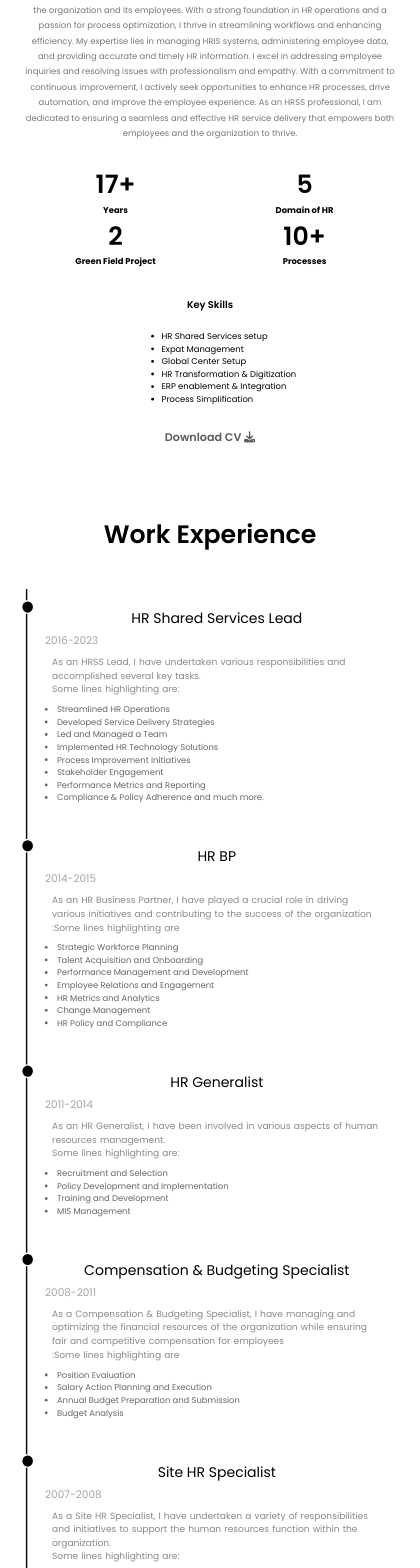
Repository: xoshiraghavx/Niharika-portfolio
Page: index.html
The author's editor kept a copy of each file at every save. The page is drawn from the files as they stood at one save, then again after a run of saves.
The browser window is 600 px wide. The pictures show the part of the page from y = 975 to 3215 px (the page is 4652 px tall before and 4703 px after), at 70% of full size.
Some web libraries are served in a nearby version.

Above is the page before, as saved 2023-06-16 12:56:58.

### index.html
<!DOCTYPE html>
<html lang="en">
<head>
    <meta charset="UTF-8">
    <meta http-equiv="X-UA-Compatible" content="IE=edge">
    <meta name="viewport" content="width=device-width, initial-scale=1.0">
    <title>Niharika Singh | Portfolio</title>
    <link rel="stylesheet" href="../css/index.css">
    <link rel="preconnect" href="https://fonts.googleapis.com">
<link rel="preconnect" href="https://fonts.gstatic.com" crossorigin>
<link href="https://fonts.googleapis.com/css2?family=Poppins:wght@100;200;300;400;600;700&family=Righteous&display=swap" rel="stylesheet">
<link rel="stylesheet" href="https://stackpath.bootstrapcdn.com/font-awesome/4.7.0/css/font-awesome.min.css">
<link rel="stylesheet" href="./css/particle.css">
<link href="https://unpkg.com/aos@2.3.1/dist/aos.css" rel="stylesheet">
<link rel="icon" href="./img/image.jpg">

</head>
<body>
    <section class="header" id="head">
        <div id="particles-js">
        <nav>
            <div class="logo">
                <h2>NS</h2>
            </div>
            <div class="nav-links" id="navLinks">
                <i class="fa fa-times" onclick="hideMenu()"></i>
                <ul>
                    <li><a href="#head">HOME</a></li>
                    <li><a href="#about">ABOUT</a></li>
                    <li><a href="#work">WORK</a></li>
                    <li><a href="#contact">CONTACT</a></li>
                </ul>
            </div>
            <div class="social">
                    <div><a href="https://www.linkedin.com/in/niharika-singh-54130b13/" target="_blank"><i class="fa-brands fa-linkedin"></i></a></div>
                    <div><a href="https://www.facebook.com/people/Niharika-Singh/pfbid0zDJLjq1fehJWAvFLc7zkpJ6FsEs1uDxExLjwh94ZH389RFf4Q5YAZHgxJCLQanLsl/" target="_blank"><i class="fa-brands fa-facebook"></i></a></div>
                    <div><a href="https://www.instagram.com/niharika14042012/" target="_blank"><i class="fa-brands fa-instagram"></i></a></div>
            </div>
        </nav>

        <div id="home"data-aos="zoom-in" data-aos-duration="1000">
            <div class="img">
                <p style="color: #c5c1c1; font-weight: 600;">Hello, I'm</p>
            </div>
            <h1 class="hh1">NIHARIKA SINGH</h1>
            <div class="p1"data-aos="fade-in" data-aos-delay="1300"data-aos-duration="1000">
                <p>As an HR professional, I nurture a harmonious and productive workforce.</p>
            </div>
            <div class="container">
                <a href="#about">
                <div class="field" >
                    <div class="mouse"></div>
                </div>
            </a>
            </div>
    </div>
    </section>

<!-- ---------About----------------- -->
<section class="about-us" id="about">
    <div class="row1">
        <div class="about-col">
            <h1>About me</h1>
            <p>
                As an HRSS professional, I am dedicated to delivering high-quality HR services to support the organization and its employees. With a strong foundation in HR operations and a passion for process optimization, I thrive in streamlining workflows and enhancing efficiency. My expertise lies in managing HRIS systems, administering employee data, and providing accurate and timely HR information. I excel in addressing employee inquiries and resolving issues with professionalism and empathy. With a commitment to continuous improvement, I actively seek opportunities to enhance HR processes, drive automation, and improve the employee experience. As an HRSS professional, I am dedicated to ensuring a seamless and effective HR service delivery that empowers both employees and the organization to thrive.</p>
        </div>
    </div>
    <div class="bar">
        <div class="count">
            <div class="exp">
                <h1>17+</h1>
            </div>
            <div class="exp_name">
                <h4>Years</h4>
            </div>
        </div>
        <div class="count">
            <div class="exp">
                <h1>5</h1>
            </div>
            <div class="exp_name">
                <h4>Domain of HR</h4>
            </div>
        </div>
        <div class="count">
            <div class="exp">
                <h1>2</h1>
            </div>
            <div class="exp_name">
                <h4>Green Field Project </h4>
            </div>
        </div>
        <div class="count">
            <div class="exp">
                <h1>10+</h1>
            </div>
            <div class="exp_name">
                <h4>Processes </h4>
            </div>
        </div>
    </div>
    <h3 style="padding: 2rem 0 1rem 0;">Key Skills</h3>
    <div class="skills">
        <ul>
            <li>HR Shared Services setup</li>
            <li>Expat Management</li>
            <li>Global Center Setup</li>
        </ul>
        <ul>
            <li>HR Transformation & Digitization</li>
            <li>ERP enablement & Integration</li>
            <li>Process Simplification</li>
        </ul>
    </div>
    <div class="cv">
        <button><a href="./img/CV-Niharika Singh.pdf">Download CV </a><i class="fa fa-download"></i></button>
    </div>
</section>
<!-- ------------Timeline------------- -->
<section id="work">
    <h1>Work Experience</h1>
    <div class="timeline">
            <div class="timeline-block timeline-block-right">
               <div class="marker"></div>
               <div class="timeline-content">
                  <h3>HR Shared Services Lead </h3>
                  <span>2016-2023</span>
                  <p>As an HRSS Lead, I have undertaken various responsibilities and accomplished several key tasks.
                    <br>Some lines highlighting are:
                    <li>Streamlined HR Operations</li>
                    <li>Developed Service Delivery Strategies</li>
                    <li>Led and Managed a Team</li>
                    <li>Implemented HR Technology Solutions</li>
                    <li>Process Improvement Initiatives</li>
                    <li>Stakeholder Engagement</li>
                    <li>Performance Metrics and Reporting</li>
                    <li>Compliance & Policy Adherence and much more.</li>  </p>
               </div>
            </div>
            <div class="timeline-block timeline-block-left">
               <div class="marker"></div>
               <div class="timeline-content">
                  <h3>HR BP</h3>
                  <span>2014-2015</span>
                  <p>As an HR Business Partner, I have played a crucial role in driving various initiatives and contributing to the success of the organization
                    <br>:Some lines highlighting are
                    <li>Strategic Workforce Planning</li>
                    <li>Talent Acquisition and Onboarding</li>
                    <li>Performance Management and Development</li>
                    <li>Employee Relations and Engagement</li>
                    <li>HR Metrics and Analytics</li>
                    <li>Change Management</li>
                    <li>HR Policy and Compliance</li></p>
               </div>
            </div>
            <div class="timeline-block timeline-block-right">
                <div class="marker"></div>
                <div class="timeline-content">
                   <h3>HR Generalist</h3>
                   <span>2011-2014</span>
                   <p>As an HR Generalist, I have been involved in various aspects of human resources management.
                    <br>Some lines highlighting are:
                    <li>Recruitment and Selection</li>
                    <li>Policy Development and Implementation</li>
                    <li>Training and Development</li>
                    <li>MIS Management</li> </p>
                </div>
             </div>
            <div class="timeline-block timeline-block-left">
               <div class="marker"></div>
               <div class="timeline-content">
                  <h3>Compensation & Budgeting Specialist </h3>
                  <span>2008-2011</span>
                  <p>As a Compensation & Budgeting Specialist, I have managing and optimizing the financial resources of the organization while ensuring fair and competitive compensation for employees
                    <br>:Some lines highlighting are
                    <li>Position Evaluation</li>
                    <li>Salary Action Planning and Execution</li>
                    <li>Annual Budget Preparation and Submission</li>
                    <li>Budget Analysis</li> </p>
               </div>
            </div>

            <div class="timeline-block timeline-block-right">
               <div class="marker"></div>
               <div class="timeline-content">
                  <h3>Site HR Specialist </h3>
                  <span>2007-2008</span>
                  <p>As a Site HR Specialist, I have undertaken a variety of responsibilities and initiatives to support the human resources function within the organization.
                    <br>Some lines highlighting are:
                    <li>Apprentice Management</li>
                    <li>Blue-Collar Performance Management Systems</li>
                    <li>Support for Blue-Collar Salary Actions</li>
                    <li>Grievance Handling</li> </p>
               </div>
            </div>

            <div class="timeline-block timeline-block-left">
               <div class="marker"></div>
               <div class="timeline-content">
                  <h3>Recruitment Executive </h3>
                  <span>2006-2007</span>
                  <p>As a Recruitment Executive, I have successfully contributed to the growth and success of the company by implementing effective recruitment strategies and processes
                    <br>:Some lines highlighting are
                    <li>Training and Development</li>
                    <li>Recruitment and Selection</li>
                    <li>Support to R&R </li>
                    <li>Part of the Event Management Team</li> </p>
               </div>
            </div>
    </div>
</section>
<section>
    <h2>Companies Worked with</h2>
<div class="company">
    <div>
        <div class="img">
            <img src="./img/cnhi_logo.png" alt="">
        </div>
    </div>
    <div>
        <div class="img">
            <img src="./img/jcb_logo.jpg" alt="">
        </div>
    </div>
    <div>
        <div class="img">
            <img src="./img/kelly_logo.png" alt="">
        </div>
    </div>
</div>
</section>
<section class="contact-us" id="contact">
    <h1>Get in Touch
    </h1>
    <div class="row">
        <div class="contact-col">
            <div>
                 <i class="fa fa-phone"></i>
                 <span>
                     <h5><a href="tel: +918178788527">+91 8826795109</a></h5>
                     <p>Monday to Friday, 10AM to 6PM</p>
                 </span>
            </div>
            <div>
                 <i class="fa fa-envelope-o"></i>
                 <span>
                     <h5><a href="mailto: niharika14042012@gmail.com ">niharika14042012@gmail.com</a></h5>
                     <p>Email your query</p>
                 </span>
            </div>
            <div>
                <i class="fa fa-home"></i>
                <span>
                    <h5><a href="https://www.google.com/maps/place/Greater+Noida,+Uttar+Pradesh/@28.4985622,77.3511809,11z/data=!3m1!4b1!4m6!3m5!1s0x390cea64b8f89aef:0xec0ccabb5317962e!8m2!3d28.4743879!4d77.5039904!16zL20vMGN3OXEy?entry=ttu" target="_blank">Greater Noida</a></h5>
                    <p>UP, India</p>
                </span>
           </div>
        </div>
        <div class="contact-col">
            <form action="https://formcarry.com/s/7S9LsDGfOw" method="POST" accept-charset="UTF-8">
                <input type="text" name="name" placeholder="Enter your name" required>
                <input type="email" name="email" placeholder="Enter your email address" required>
                <input type="text" name="subject" placeholder="Enter your subject" required>
                <textarea rows="8" name="message" placeholder="Message" required></textarea>
                <button type="submit" class="hero-btn">Send Message</button>
            </form>
        </div>
    </div>
</section>
<!-- --------footer--------- -->
<section class="footer">
    <p style="text-align: center;">Developed with by <a href="https://www.linkedin.com/in/oshiraghav/" target="_blank">Oshi Raghav</a></p>
</section>

<!-- ---------------javascript----------------->
    	<script src=
		"particles.js-master/particles.js">
	</script>
	<script src=
		"/particles.js-master/demo/js/app.js">
	</script>
     <script src="https://unpkg.com/aos@2.3.1/dist/aos.js"></script>
    <script>
     AOS.init();
    </script>
    <script src="https://kit.fontawesome.com/b6191824ce.js" crossorigin="anonymous"></script>
</body>
</html>

### css/index.css
*{
    margin: 0;
    padding: 0;
    font-family: 'poppins', sans-serif;
    scroll-behavior: smooth;
}
.header{
    min-height: 100vh;
    width: 100%;
}
h3{
    color: #000;
}
h2{
    text-align: center;
}
nav{
    display: flex;
    padding: 1rem 0rem;
    background: #ffffff;
    justify-content: space-around;
    align-items: center;
    position: fixed;
    width: 100%;
    backdrop-filter: blur(3px);
    z-index: 2;
}
.logo{
    background: #000;
    color: #ffffff;
    border-radius: 100%;
    padding: 5pt 6pt;
}
.nav-links ul li{
    list-style: none;
    display: inline-block;
    padding: 8px 12px;
    position: relative;
}
.nav-links ul li a{
    color: #000000;
    text-decoration: none;
    font-size: 13px;
}
.nav-links ul li::after{
    content: '';
    width: 0%;
    height: 2px;
    background: #000000;
    display: block;
    margin: auto;
    transition: 0.5s;
}
.nav-links ul li:hover::after{
    width: 100%;
}
.social{
    display: grid;
    grid-template-columns: auto auto auto auto;
    column-gap: 15px;
    font-size: 1.2rem;
    color: #000000;
}
.social a{
    color: #000;
}
.social:hover{
    cursor: pointer;
}
#home{
    position: absolute;
    text-align: center;
    width: 100%;
    margin-top: 250px;
    color: #ffffff;
}
.hh1{
    font-size: 4em;
}
#home p{
    padding-top: .5rem;
    font-size: 1rem;
    color: #c5c1c1;
}
.container {
	width: 100%;
	height: 100%;
	display: flex;
	align-items: center;
	justify-content: center;
    padding-top: 10rem;
}
.field:hover{
    cursor: pointer;
}

.field {
	display: flex;
	align-items: center;
	justify-content: space-around;
}

.mouse {
	width: 30px;
	height: 50px;
	border: 3px solid #ffffff;
	border-radius: 60px;
	position: relative;
	&::before {
		content: '';
		width: 8px;
		height: 8px;
		position: absolute;
		top: 10px;
		left: 50%;
		transform: translateX(-50%);
		background-color: #ffffff;
		border-radius: 50%;
		opacity: 1;
		animation: wheel 2s infinite;
		-webkit-animation: wheel 2s infinite;
	}
}
@keyframes wheel {
	to {
		opacity: 0;
		top: 30px;
	}
}

@-webkit-keyframes wheel {
	to {
		opacity: 0;
		top: 60px;
	}
}
nav .fa{
    display: none;
}
.hero-btn{
    display: inline-block;
    text-decoration: none;
    color: #fff;
    border: 1px solid #000000;
    padding: 12px 34px;
    font-size: 13px;
    background-color: #000;
    position: relative;
    cursor: pointer;
}
.hero-btn:hover{
    border: 1px solid #000000;
    background: #fff;
    color: #000;
    transition: 1s;
}
@media(max-width: 700px){
    .nav-links{
        display: none;
    }
}
.course{
    width: 80%;
    margin: auto;
    text-align: center;
    padding-top: 80px;
}
h1{
    font-size: 36px;
    font-weight: 600;
    text-align: center;
}
p{
    color: #777;
    font-size: 300;
    line-height: 22px;
    padding: 10px;
}
.row{
    margin-top: 5%;
    display: flex;
    justify-content: space-between;
}
.course-col{
    flex-basis: 31%;
    background: #fff3f3;
    border-radius: 10px;
    margin-bottom: 5%;
    padding: 20px 12px;
    box-sizing: border-box;
    transition: 0.5s;
}
h3{
    text-align: center;
    font-weight: 600;
    margin: 10px 0px;
}
.course-col:hover{
    box-shadow: rgba(241, 128, 128, 0.25) 0px 54px 55px, rgba(233, 177, 177, 0.12) 0px -12px 30px, rgba(238, 209, 209, 0.12) 0px 4px 6px, rgba(230, 100, 100, 0.17) 0px 12px 13px, rgba(250, 27, 27, 0.09) 0px -3px 5px;
}
@media(max-width: 700px){
    .row{
        flex-direction: column;
    }
}
/*  --------facilities--------*/
 .timeline {
    width: 80%;
    padding: 1rem 0;
    margin: 50px auto;
    position: relative;
    overflow: hidden;
 }
 .timeline:before {
    content: '';
    position: absolute;
    top: 0;
    left: 50%;
    margin-left: -1px;
    width: 2px;
    height: 100%;
    background: #000000;
    z-index: 1
 }
 .timeline-block {
    width: -webkit-calc(50% + 8px);
    width: -moz-calc(50% + 8px);
    width: calc(50% + 8px);
    display: -webkit-box;
    display: -webkit-flex;
    display: -moz-box;
    display: flex;
    -webkit-box-pack: justify;
    -webkit-justify-content: space-between;
    -moz-box-pack: justify;
    justify-content: space-between;
    clear: both;
 }
 .timeline-block-right {
    float: right;
 }
 .timeline-block-left {
    float: left;
    direction: rtl
 }
 .marker {
    width: 16px;
    height: 16px;
    border-radius: 50%;
    border: 2px solid #ffffff;
    background: #000000;
    z-index: 1
 }

 .timeline-content {
    width: 95%;
    padding: 0 15px;
    color: #666
 }

 .timeline-content h3 {
    margin-bottom: 5px;
    font-size: 20px;
    font-weight: 500
 }

 .timeline-content span {
    font-size: 15px;
    color: #a4a4a4;
 }

 .timeline-content p {
    font-size: 13px;
    line-height: 1.5em;
    word-spacing: 1px;
    color: #888;
 }


 @media screen and (max-width: 768px) {
    .timeline-block {
       width: 100%;
       margin-bottom: 30px;
    }
    .timeline-block-right {
       float: none;
    }

    .timeline-block-left {
       float: none;
       direction: ltr;
    }
    .timeline{
        width: 90%;
    }
    .timeline:before {
        left: .5rem;
     }
 }

/* -------about us page------- */
.about-us{
    width: 60%;
    margin: auto;
    padding-top: 60px;
    padding-bottom: 100px;
}
.about-col{
    flex-basis: 48%;
    text-align: center;
    padding: 10px 2px;
}
.about-col p{
    padding: 15px 0 25px;
}
.about-col h1{
    font-size: 4em;
}
.bar{
    display: flex;
    justify-content: space-between;
    text-align: center;
}
.count{
    display: grid;
    /* flex-direction: column;
    justify-content: center; */
}
.skills{
    display: flex;
    justify-content: space-around;

}
.cv{
    display: flex;
    justify-content: center;
    padding-top: 2rem;
}
.cv button{
    background-color: transparent;
    border: none;
}
.cv button a{
    text-decoration: none;
    color: #5d5c5c;
    font-weight: 600;
}
.cv .fa{
    color: #5d5c5c;
}
.cv :hover{
    color: #000000;
    cursor: pointer;
}
@media(max-width: 700px){
    .about-us{
        width: 90%;
    }
    .bar{
        display: grid;
        grid-template-columns: 1fr 1fr;
    }
    .skills{
        display: grid;
        padding-left: 10%;
    }
    .cv button{
        font-size: 1rem;
    }
}
/* company */
.company{
    display: flex;
    justify-content: space-around;
}
.img img{
    margin-top: 1rem;
    width: 5rem;
    filter: grayscale(1);
}
.img img:hover{
    filter: grayscale(0);
}
/* ----contact us----- */
.location{
    width: 80%;
    margin: auto;
    padding: 80px 0;
}
.location iframe{
    width: 100%;
}
.contact-us{
    width: 80%;
    margin: auto;
    padding-top: 80px;
}
.contact-us h1{
    font-size: 3.5em;
}
.contact-col{
    flex-basis: 48%;
    margin-bottom: 30px;
}
.contact-col div{
    display: flex;
    align-items: center;
    margin-bottom: 50px;
}
.contact-col div .fa{
    font-size: 20px;
    color: #000000;
    margin: 10px;
    margin-right: 30px;
}
.contact-col a{
    text-decoration: none;
    color: #000;
}
.contact-col div p{
    padding: 0;
}
.contact-col div h5{
    font-size: 15px;
    margin-bottom: 4px;
    color: #000000;
    font-weight: bold;
}
.contact-col input, .contact-col textarea{
    width: 100%;
    padding: 10px;
    margin-bottom: 17px;
    outline: none;
    border: 1px solid #ccc;
    box-sizing:border-box ;
}

.footer a{
    text-decoration: none;
    color: #000000;
}
@media(max-width: 1000px){
    .contact-col div{
        margin-bottom: 20px;
    }
    .contact-col{
        margin-bottom: 10px;
    }
    .contact-us{
        padding-top: 5rem;
    }
}

### css/particle.css
/* ---- reset ---- */

body {
    margin: 0;
    font:normal 75% Arial, Helvetica, sans-serif;
  }

  canvas {
    display: block;
    vertical-align: bottom;
  }

  /* ---- particles.js container ---- */

  #particles-js {
    position: absolute;
    width: 100%;
    height: 100vh;
    background-color: #000000;
  }

  /* ---- stats.js ---- */

  .count-particles{
    background: #ff0000;
    position: absolute;
    top: 48px;
    left: 0;
    width: 80px;
    color: #13E8E9;
    font-size: .8em;
    text-align: left;
    text-indent: 4px;
    line-height: 14px;
    padding-bottom: 2px;
    font-family: Helvetica, Arial, sans-serif;
    font-weight: bold;
  }

  .js-count-particles{
    font-size: 1.1em;
  }

  #stats,
  .count-particles{
    -webkit-user-select: none;
  }

  #stats{
    border-radius: 3px 3px 0 0;
    overflow: hidden;
  }

  .count-particles{
    border-radius: 0 0 3px 3px;
  }

### particles.js-master/demo/js/app.js
/* -----------------------------------------------
/* How to use? : Check the GitHub README
/* ----------------------------------------------- */

/* To load a config file (particles.json) you need to host this demo (MAMP/WAMP/local)... */
/*
particlesJS.load('particles-js', 'particles.json', function() {
  console.log('particles.js loaded - callback');
});
*/

/* Otherwise just put the config content (json): */

particlesJS('particles-js',

  {
    "particles": {
      "number": {
        "value": 80,
        "density": {
          "enable": true,
          "value_area": 800
        }
      },
      "color": {
        "value": "#ffffff"
      },
      "shape": {
        "type": "circle",
        "stroke": {
          "width": 0,
          "color": "#000000"
        },
        "polygon": {
          "nb_sides": 5
        },
        "image": {
          "src": "img/github.svg",
          "width": 100,
          "height": 100
        }
      },
      "opacity": {
        "value": 0.5,
        "random": false,
        "anim": {
          "enable": false,
          "speed": 1,
          "opacity_min": 0.1,
          "sync": false
        }
      },
      "size": {
        "value": 5,
        "random": true,
        "anim": {
          "enable": false,
          "speed": 40,
          "size_min": 0.1,
          "sync": false
        }
      },
      "line_linked": {
        "enable": true,
        "distance": 150,
        "color": "#ffffff",
        "opacity": 0.4,
        "width": 1
      },
      "move": {
        "enable": true,
        "speed": 6,
        "direction": "none",
        "random": false,
        "straight": false,
        "out_mode": "out",
        "attract": {
          "enable": false,
          "rotateX": 600,
          "rotateY": 1200
        }
      }
    },
    "interactivity": {
      "detect_on": "canvas",
      "events": {
        "onhover": {
          "enable": true,
          "mode": "repulse"
        },
        "onclick": {
          "enable": true,
          "mode": "push"
        },
        "resize": true
      },
      "modes": {
        "grab": {
          "distance": 400,
          "line_linked": {
            "opacity": 1
          }
        },
        "bubble": {
          "distance": 400,
          "size": 40,
          "duration": 2,
          "opacity": 8,
          "speed": 3
        },
        "repulse": {
          "distance": 200
        },
        "push": {
          "particles_nb": 4
        },
        "remove": {
          "particles_nb": 2
        }
      }
    },
    "retina_detect": true,
    "config_demo": {
      "hide_card": false,
      "background_color": "#b61924",
      "background_image": "",
      "background_position": "50% 50%",
      "background_repeat": "no-repeat",
      "background_size": "cover"
    }
  }

);

Loaded but not shown: particles.js-master/particles.js (common file)

After the next 3 saves:
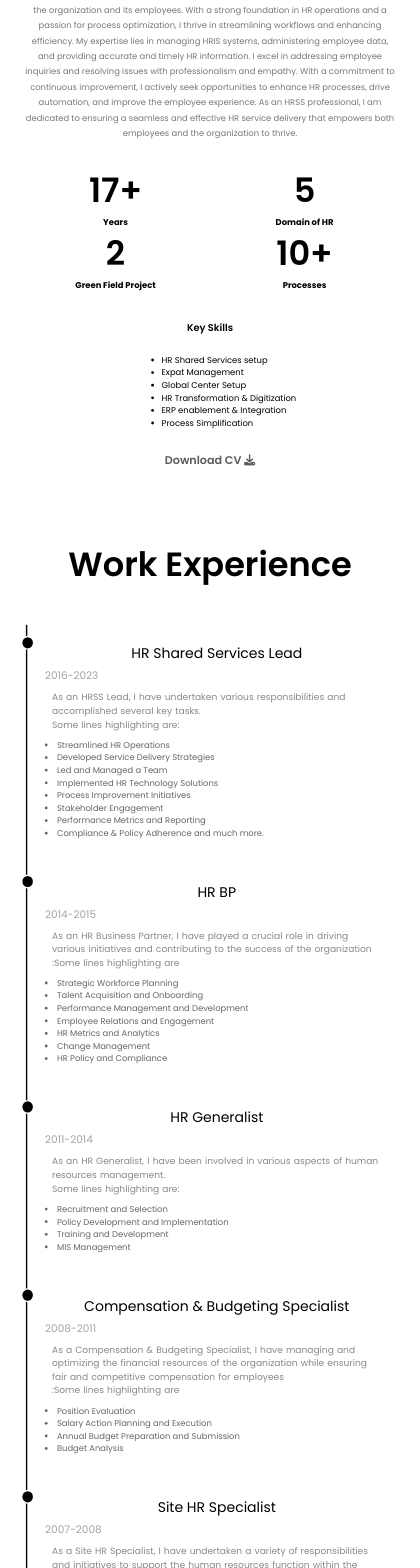
The 3 saves are shown as one change because they came seconds apart.
The last was saved 14 s later.
--- a/css/index.css
+++ b/css/index.css
@@ -202,6 +202,9 @@
     .row{
         flex-direction: column;
     }
+    h1{
+        font-size: 3rem;
+    }
 }
 /*  --------facilities--------*/
  .timeline {
